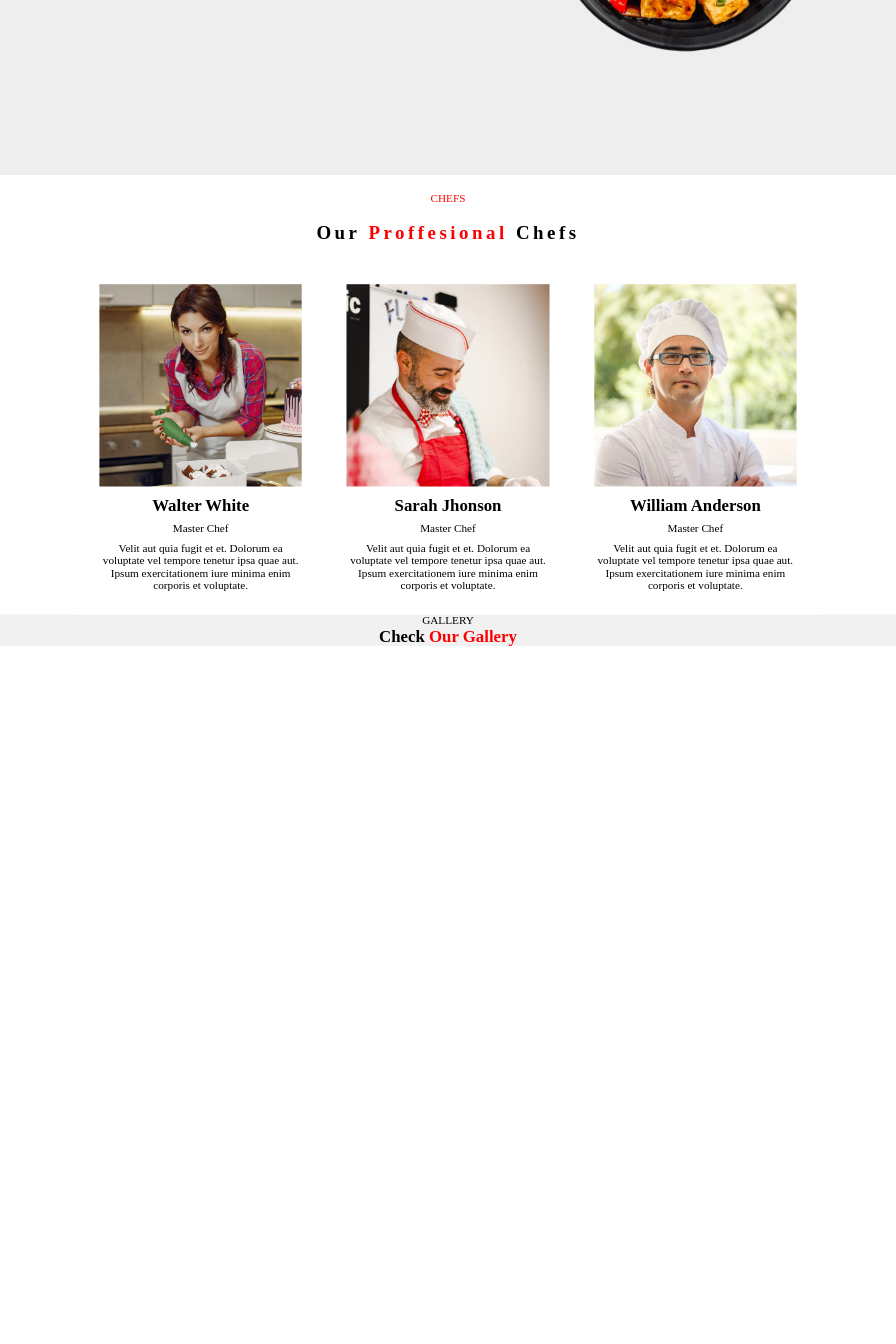
Repository: Ahmedalid/New-project
Page: Rout/index.html
An editor plug-in stored every save of this project. The page is shown before and after a run of saves, followed by the edit.
The browser window is 1280 px wide. The pictures show the part of the page from y = 550 to 2470 px (the page is 5000 px tall), at 70% of full size.

Above is the page before, as saved 2023-06-08 11:32:43.

After the next 3 saves:
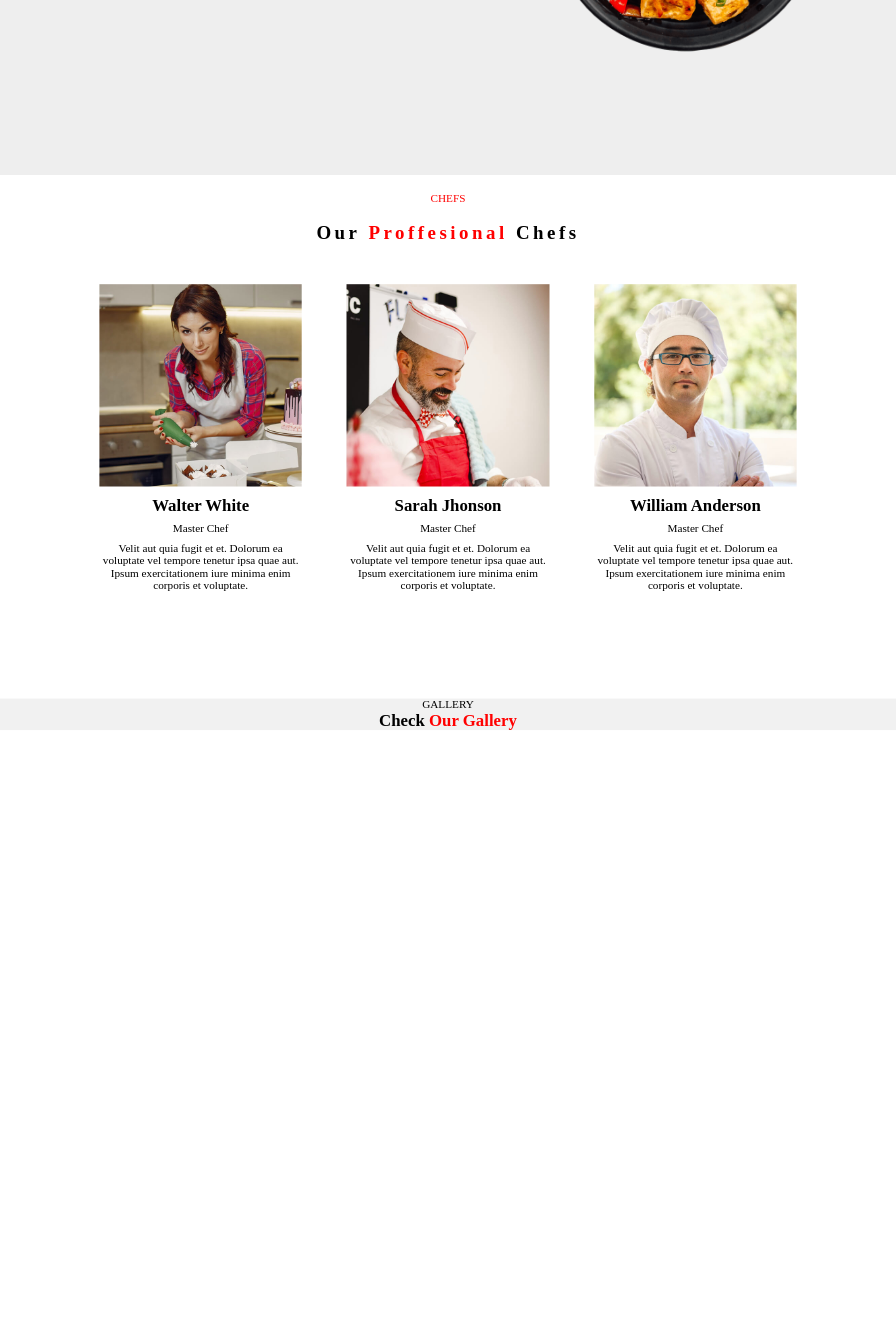
The 3 saves are shown as one change because they came seconds apart.
The last was saved 8 s later.
--- a/Rout/css/style.css
+++ b/Rout/css/style.css
@@ -159,5 +159,5 @@ img{
     background-color: #f1f1f1;
 }
 .Check{
-
+    margin-top: 120px;
 }
